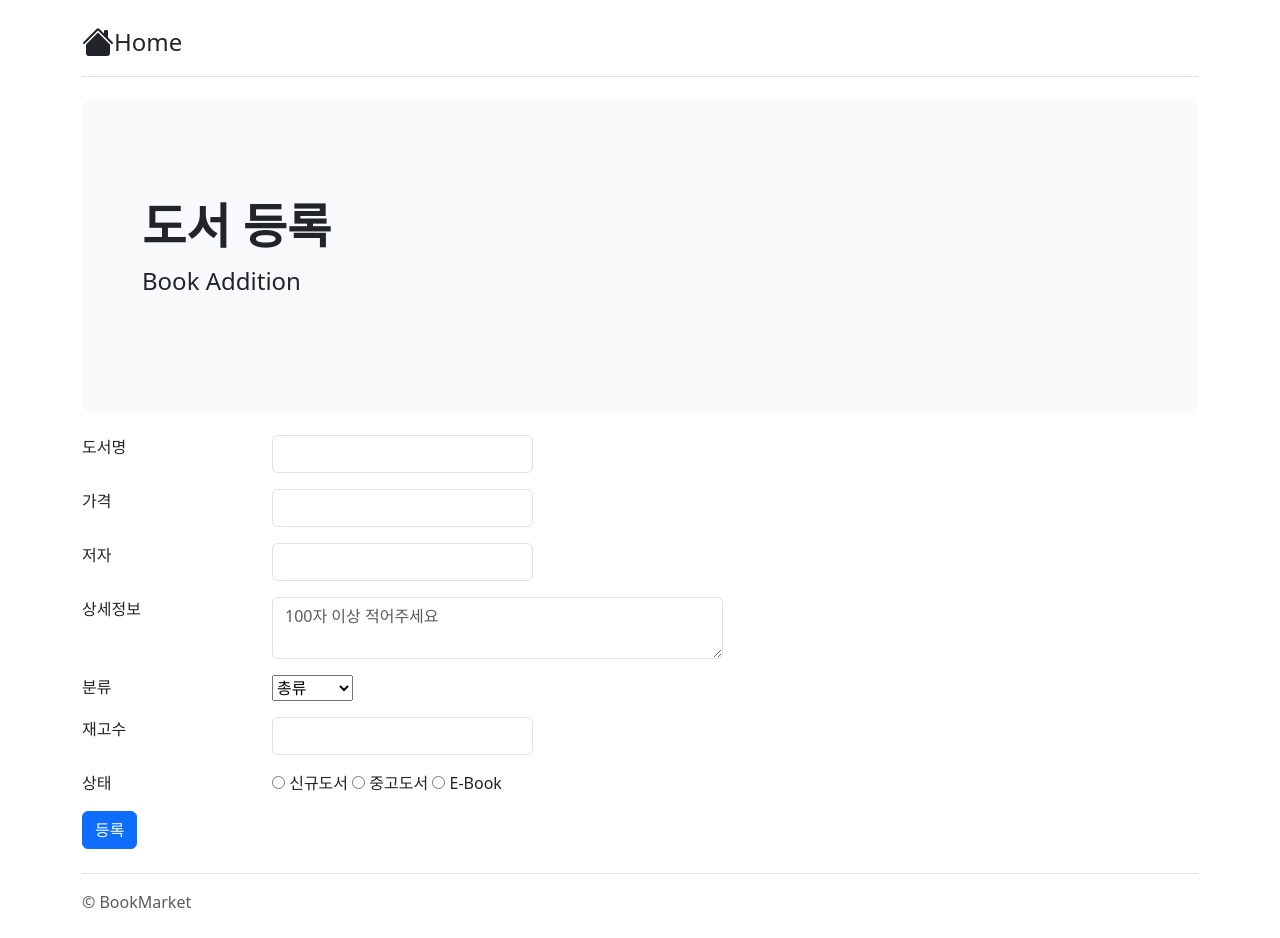
Repository: E-nani95/jsp_portfolio
Page: http://localhost/bookstore/WEB-INF/views/addBook.jsp
These files come from the project's save history. The page is drawn as it stood at one moment and after the next save; the edit follows.
The browser window is 1280 px wide. The pictures show the whole page.
The page is served by Tomcat 9. Nobody is signed in. The template is opened directly, without the code that normally fills it, so the values that code supplies are empty.

Above is the page before, as saved 2025-10-10 14:09:38.

After the next save:
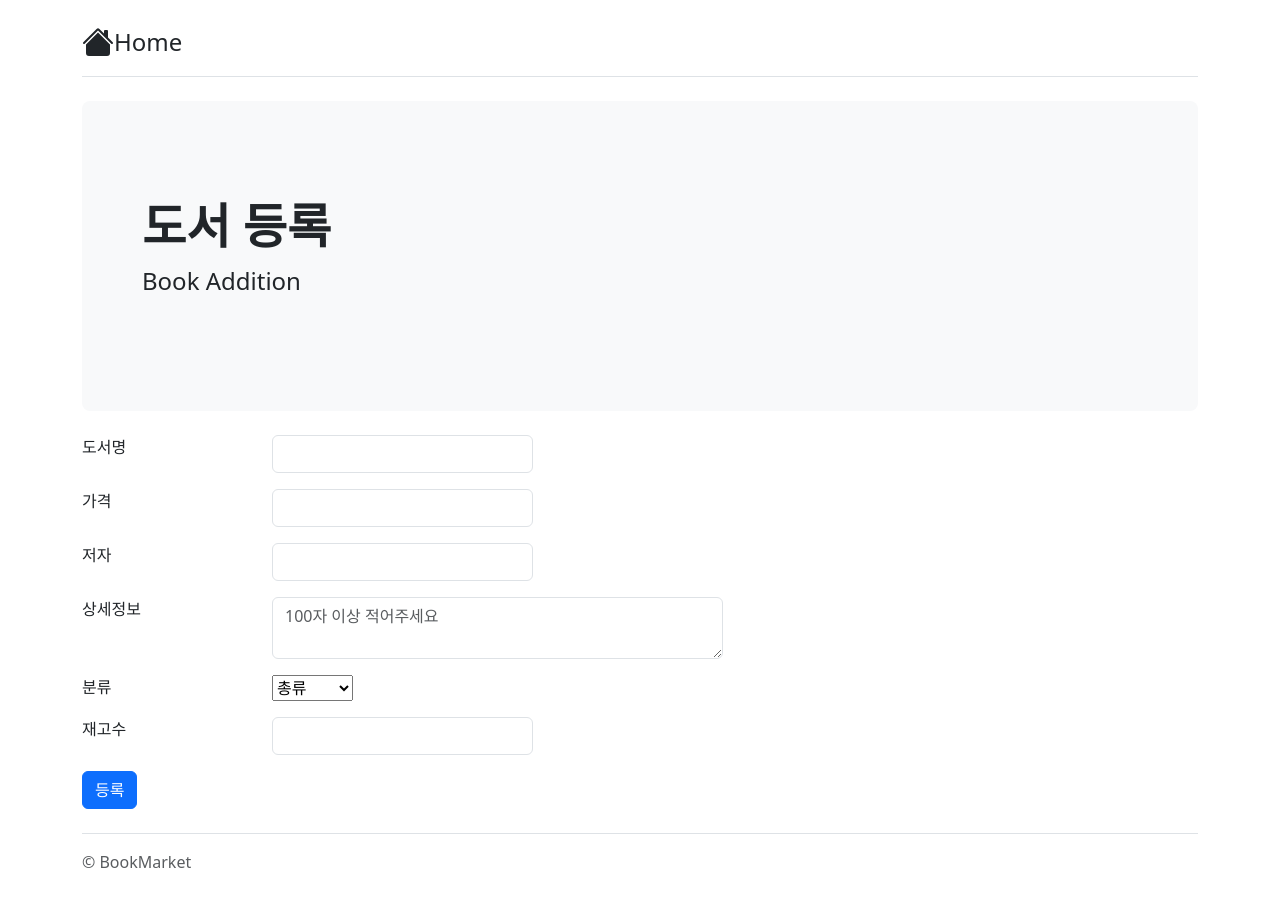
Saved 72 s later.
--- a/STS_BookStore/bookstore/src/main/webapp/WEB-INF/views/addBook.jsp
+++ b/STS_BookStore/bookstore/src/main/webapp/WEB-INF/views/addBook.jsp
@@ -73,14 +73,6 @@
 					</div>
 				</div>
 				<div class="mb-3 row">
-					<label class="col-sm-2">상태</label>
-					<div class="col-sm-5">
-						<input type="radio" name="condition" value="New "> 신규도서 <input
-							type="radio" name="condition" value="Old"> 중고도서 <input
-							type="radio" name="condition" value="EBook"> E-Book
-					</div>
-				</div>
-				<div class="mb-3 row">
 					<div class="col-sm-offset-2 col-sm-10 ">
 						<input type="submit" class="btn btn-primary" value="등록">
 					</div>
